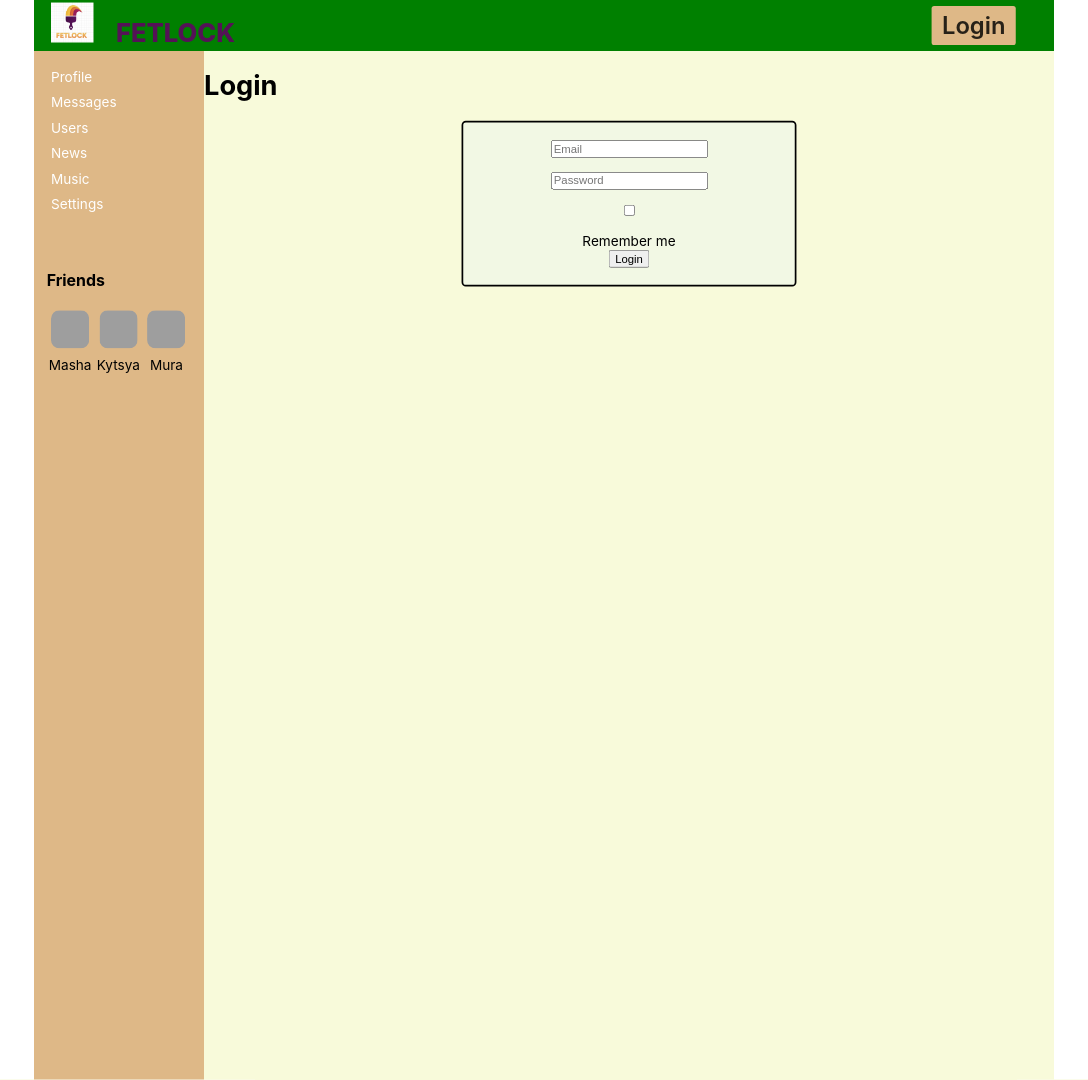
Repository: tetianatsymbal/react-way-of-samurai
Page: /dialogs
The author's editor kept a copy of each file at every save. The page is drawn from the files as they stood at one save, then again after the next save.
The browser window is 1280 px wide. The pictures show the whole page, at 85% of full size.
Pictures or frames that could not be fetched are drawn as grey boxes. The page's requests for data from a server got no answer. The project was rebuilt for these pictures with package versions that can differ from the ones it lists, and the page was loaded fresh each time. No one was signed in, and anything a server would have sent is missing. Also part of the build but not shown: src/components/Dialogs/Dialogs.module.css, src/components/Dialogs/DialogItem/DialogItem.module.css, src/components/Dialogs/DialogItem/DialogItem.jsx, src/components/Dialogs/Message/Message.module.css, src/components/Dialogs/Message/Message.jsx, src/components/Dialogs/AddMessageForm/AddMessageForm.module.css, src/components/Dialogs/AddMessageForm/AddMessageForm.jsx, src/components/Dialogs/Dialogs.jsx and 18 more.

Above is the page before, as saved 2022-08-22 14:04:01.

After the next save:
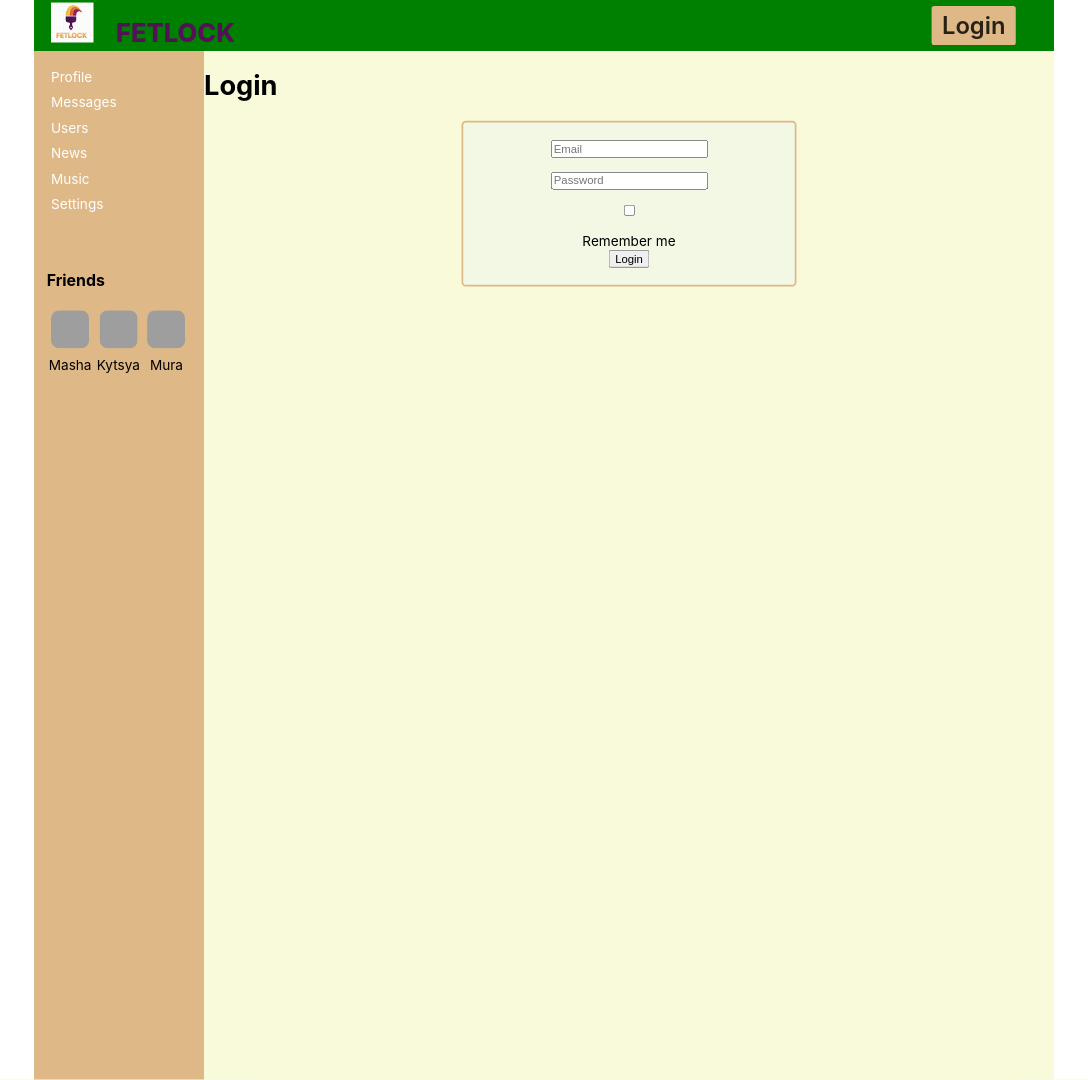
Saved 75 s later.
--- a/src/components/common/FormsControls/FormsControls.module.css
+++ b/src/components/common/FormsControls/FormsControls.module.css
@@ -16,7 +16,7 @@ margin-bottom: 15px;
    text-align: center;
    margin: 0 auto;
    background-color: rgba(229, 241, 252, 0.3);
-   border: black 2px solid;
+   border: burlywood 2px solid;
    border-radius: 5px;
 }
 .formSummaryError{
